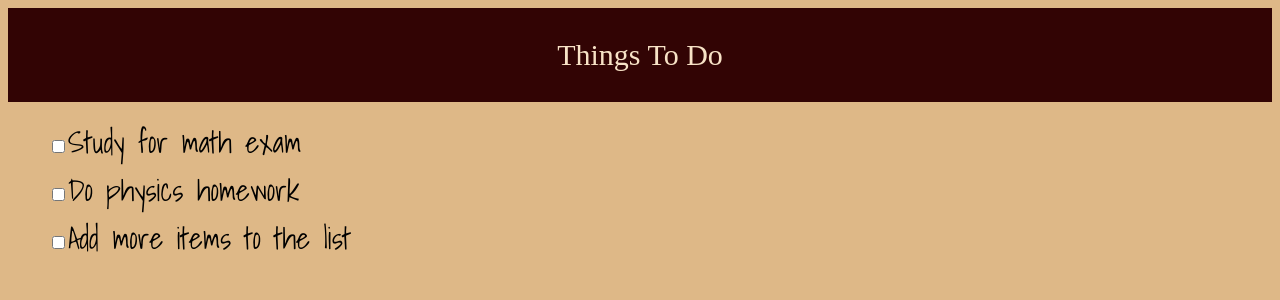
Repository: riya10483/pomodoro
Page: todo.html
These files come from the project's save history. The page is drawn as it stood at one moment and after a run of saves; the edit follows.
The browser window is 1280 px wide. The pictures show the whole page.
Some web fonts or font styles are not loaded; a fallback is used.

Above is the page before, as saved 2024-09-28 19:01:12.

### todo.html
<!DOCTYPE html>
<html lang="en">
<head>
    <meta charset="UTF-8">
    <style>
        @import url('https://fonts.googleapis.com/css2?family=Rye&display=swap');
    </style>
    <style>
        @import url('https://fonts.googleapis.com/css2?family=Shadows+Into+Light&display=swap');
    </style>
    <style>
        @import url('https://fonts.googleapis.com/css2?family=Peralta&family=Rye&display=swap');
    </style>
    <meta name="viewport" content="width=device-width, initial-scale=1.0">
    <title>To Do List</title>
    <link rel="stylesheet" href="todo.css">
</head>
<body>
    <div id="header">Things To Do</div>
    <ul>
        <li><input type="checkbox">Study for math exam</li>
        <li><input type="checkbox">Do physics homework</li>
        <li><input type="checkbox">Add more items to the list</li>
    </ul>
</body>
</html>

### todo.css
* {
    background-color:burlywood;
}
#header {
    color:rgb(247, 226, 198);
    padding: 30px;
    background-color:rgb(50, 4, 4);
    text-align: center;
    font-family: Rye;
    font-size: 30px;
}

li {
    font-size: 30px;
    font-family: "Shadows Into Light";
    list-style: none;
}

input {

}

After the next 3 saves:
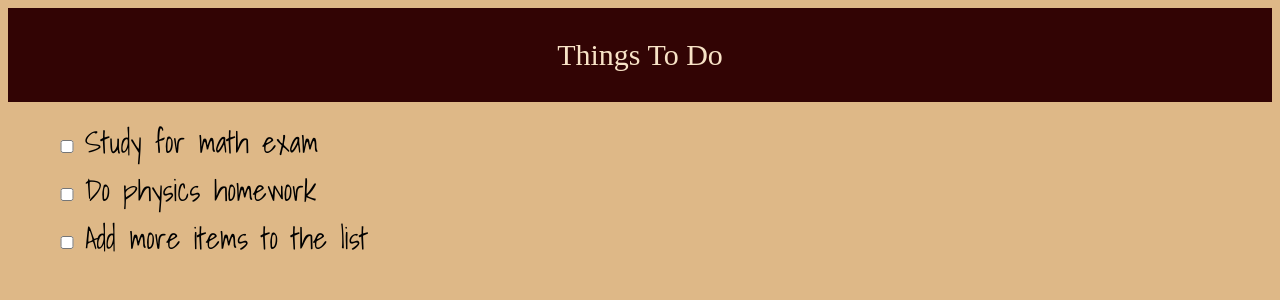
The 3 saves are shown as one change because they came seconds apart.
The last was saved 16 s later.
--- a/todo.css
+++ b/todo.css
@@ -17,5 +17,5 @@ li {
 }
 
 input {
-
+    width: 30px;
 }
